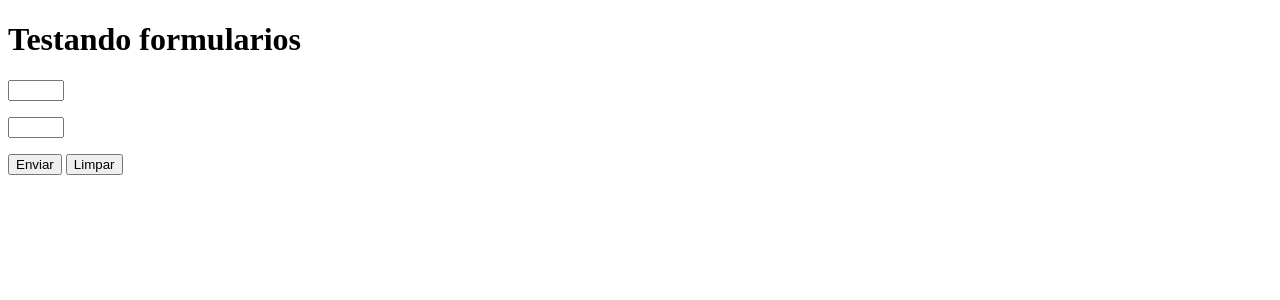
Repository: Lucianorodriguesdev/cursoHTML-CSS
Page: ex025/form008.html
An editor plug-in stored every save of this project. The page is shown before and after the next save, followed by the edit.
The browser window is 1280 px wide. The pictures show the whole page.

Above is the page before, as saved 2026-07-10 13:25:59.

### ex025/form008.html
<!DOCTYPE html>
<html lang="pt-br">
<head>
    <meta charset="UTF-8">
    <meta name="viewport" content="width=device-width, initial-scale=1.0">
    <title>Formulario</title>
</head>
<body>
    <h1>Testando formularios</h1>
    <form action="formulario.php" method="get" autocomplete="on">
        <p>
            <label for="in1"></label>
            <input type="number" name="in1" id="in1" min="0" max="50" required>
        </p>
        <p>
            <label for="in2"></label>
            <input type="number" name="in2" id="in2" min="0" max="50" required>
        </p>
        <p>
            <input type="submit" value="Enviar">
            <input type="reset" value="Limpar">
        </p>
    </form>
</body>
</html>

After the next save:
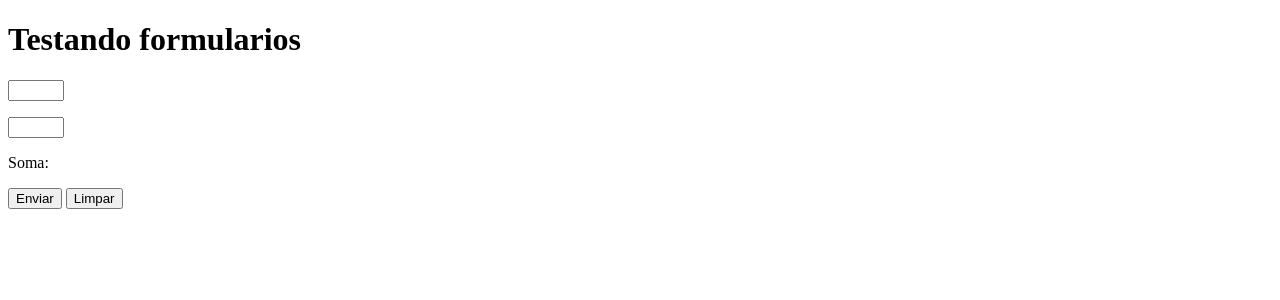
Saved 61 s later.
--- a/ex025/form008.html
+++ b/ex025/form008.html
@@ -17,6 +17,10 @@
             <input type="number" name="in2" id="in2" min="0" max="50" required>
         </p>
         <p>
+            <label for="isoma">Soma:</label>
+            <output></output>
+        </p>
+        <p>
             <input type="submit" value="Enviar">
             <input type="reset" value="Limpar">
         </p>
